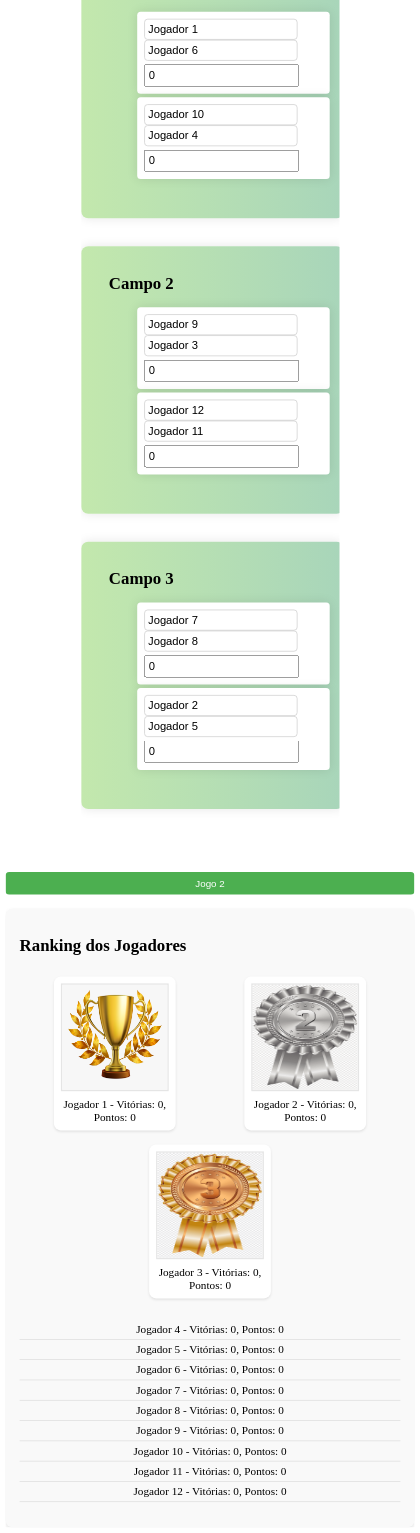
Repository: MarcioMiguel22/PadelMaster
Page: /calculadora, after clicking the first element matching `button.DistributeButton_2b358_distributeButton`
An editor plug-in stored every save of this project. The page is shown before and after the next save, followed by the edit.
The browser window is 600 px wide. The pictures show the part of the page from y = 927 to 3167 px (the page is 3117 px tall before and 3167 px after), at 70% of full size.
The project was rebuilt for these pictures with package versions that can differ from the ones it lists, and the page was loaded fresh each time. Also part of the build but not shown: vite.config.ts, src/pages/Home/Home.tsx, src/pages/Player/playerComponent.module.css, src/pages/Player/playerComponent.tsx, src/index.css.

Above is the page before, as saved 2024-06-17 11:49:20.

### src/main.tsx
///home/marciomiguel/code/MarcioMiguel22/Sites/PadelMaster/src/main.tsx
import { render } from 'react-dom';
import { StrictMode } from 'react';
import App from './App';
import './index.css';

const root = document.getElementById('root')!;
render(
  <StrictMode>
    <App />
  </StrictMode>,
  root
);

### src/App.tsx

///home/marciomiguel/code/MarcioMiguel22/Sites/PadelMaster/src/App.tsx

import { BrowserRouter, Routes, Route } from 'react-router-dom';
import Home from './pages/Home/Home';
import Calculadora from './pages/Calculadora/Calculadora';
import PlayerComponent from './pages/Player/playerComponent';
function App() {
  return (
    <BrowserRouter>
      <Routes>
        <Route path="/" element={<Home />} />
        <Route path="/calculadora" element={<Calculadora />} /> // Wrap Calculadora component with curly braces
        <Route path="/player-component" element={<PlayerComponent />} />
      </Routes>
    </BrowserRouter>
  );
}

export default App

### src/pages/Home/Home.module.css
.padelContainer {
  display: flex;
  flex-direction: column;
  align-items: center;
  justify-content: center;
  text-align: center;
  background-color: white;
  padding: 20px;
  border-radius: 10px;
  box-shadow: 0 0 10px rgba(0, 0, 0, 0.1);
  height: 100vh;
}

h1 {
  color: #333;
  margin-bottom: 20px;
}

.content {
  display: flex;
  flex-direction: column;
  align-items: center;
}

.padelImage {
  max-width: 50%;
  width: 1000px; /* Adjust this if necessary */
  height: auto;
  border-radius: 10px;
  margin-bottom: 20px;
  position: relative; /* Add this */
}



.enterButton {
  background-image: url('../../assets/images/tennis-ball.png'); /* Ensure the path is correct */
  background-size: cover;
  width: 60px;
  height: 60px;
  border: none;
  border-radius: 50%;
  cursor: pointer;
}

.enterButton:hover {
  transform: scale(2.0);
}

### src/pages/Calculadora/Calculadora.css
/* Global Styles */
:root {
  --main-bg-color: #4CAF50;
  --main-hover-color: #45a049;
  --input-padding: 5px;
  --font-size: 16px;
  --box-shadow: 0 0 15px rgba(0, 0, 0, 0.1);
}

.calculadora-container {
  display: flex;
  flex-direction: column;
  align-items: center;
  gap: 20px;
  overflow-x: hidden;
  width: 100%;
  max-width: 100vw;
}

.main-content {
  display: flex;
  flex-direction: column;
  align-items: center;
  gap: 20px;
  width: 100%;
  max-width: 100vw;
}

.jogadores-lista {
  background: linear-gradient(to right, #daefcd, #a8d5ba);
  display: flex;
  flex-wrap: wrap;
  gap: 20px;
  width: 90%;
  max-width: 1100px;
  margin: 0 auto;
  padding: 50px;
  border-radius: 10px;
  box-shadow: var(--box-shadow);
}

.fields-container {
  display: flex;
  flex-direction: column;
  align-items: center;
  margin-top: 20px;
  width: 100%;
  max-width: 100vw;
}

.campos {
  display: flex;
  flex-wrap: wrap;
  justify-content: space-around;
  width: 100%;
  overflow-x: hidden;
}

.jogadores-coluna {
  display: flex;
  flex-direction: column;
  align-items: center;
  gap: 10px;
}

.jogador-item {
  display: flex;
  align-items: center;
  margin-bottom: 10px;
}

.jogador-item label {
  margin-right: 10px;
}

.jogador-input {
  margin-right: 5px;
  padding: var(--input-padding);
  font-size: var(--font-size);
  border: 1px solid #ccc;
  border-radius: 5px;
}

.distribute-button, .scroll-to-top {
  background-color: var(--main-bg-color);
  color: white;
  padding: 10px 20px;
  border: none;
  border-radius: 5px;
  cursor: pointer;
  font-size: var(--font-size);
  margin-top: 10px;
}

.distribute-button:hover, .scroll-to-top:hover {
  background-color: var(--main-hover-color);
}

.jogo {
  margin-bottom: 40px;
}

.field {
  background: linear-gradient(to right, #c3e8ad, #a8d5ba);
  padding: 40px;
  border-radius: 10px;
  box-shadow: var(--box-shadow);
  width: 30%;
  min-width: 280px;
}

.field h2 {
  margin-top: 0;
}

.team {
  list-style-type: none;
  padding: 10px;
  background-color: #fff;
  margin: 5px 0;
  border-radius: 5px;
  box-shadow: var(--box-shadow);
  width: 100%;
}

.team.vencedor {
  background-color: #d4edda;
}

.team.perdedor {
  background-color: #f8d7da;
}

.team div {
  display: flex;
  align-items: center;
  justify-content: space-between;
  width: 100%;
  flex-wrap: wrap;
}

.team input.jogador-input {
  min-width: 100px;
  margin-right: 10px;
}

.team input.resultado-input {
  margin-left: 10px;
  padding: var(--input-padding);
  font-size: var(--font-size);
}

.ranking-container {
  margin-top: 40px;
}

.ranking-container h2 {
  margin-bottom: 10px;
}

.ranking-container ul {
  list-style-type: none;
  padding: 0;
}

.ranking-container li {
  margin: 5px 0;
}

/* Media Queries for Mobile */
@media screen and (max-width: 767px) {
  .jogadores-lista {
    flex-direction: column;
    align-items: center;
    gap: 20px;
    padding: 10px;
  }

  .field {
    width: 80%;
    margin-bottom: 20px;
  }

  .campos {
    flex-direction: column;
    align-items: center;
    gap: 20px;
    margin-bottom: auto;
  }

  .distribute-button, .scroll-to-top {
    width: 100%;
    font-size: 14px;
    padding: 8px 16px;
  }

  .team div {
    flex-direction: column;
    align-items: flex-start;
    width: 100%;
  }

  .team input.resultado-input {
    margin-left: 0;
    margin-top: 5px;
  }

  .ranking-container {
    flex-flow: column;
    margin-top: 40px;
  }

  .ranking-container h2 {
    margin-bottom: 10px;
  }

  .ranking-container ul {
    list-style-type: none;
    padding: 0;
  }

  .ranking-container li {
    margin: 5px 0;
  }
}

### src/components/components_calculadora/JogadoresLista.tsx
import React from 'react';
import JogadorItem from './JogadorItem';
import { Jogador } from '../../utils/types/types'; // Importando o tipo Jogador

interface JogadoresListaProps {
  jogadores: Jogador[];
  handleNomeChange: (id: number, novoNome: string) => void;
}

const JogadoresLista: React.FC<JogadoresListaProps> = ({ jogadores, handleNomeChange }) => (
  <div className="jogadores-lista">
    {Array.from({ length: 3 }, (_, i) => (
      <div className="jogadores-coluna" key={i}>
        {jogadores.slice(i * 4, (i + 1) * 4).map(jogador => (
          <JogadorItem
            key={jogador.id}
            jogador={jogador}
            handleNomeChange={handleNomeChange}
          />
        ))}
      </div>
    ))}
  </div>
);

export default JogadoresLista;

### src/components/components_calculadora/Jogo.tsx
import React from 'react';
import Campo from './Campo';
import { Campo as CampoType } from '../../utils/types/types'; // Importando o tipo Campo corretamente

interface JogoProps {
  jogo: CampoType[]; // Usando o tipo importado para definir a propriedade jogo
  jogoIndex: number;
  handleResultadoChange: (jogoIndex: number, campoId: number, timeIndex: number, novoResultado: number) => void;
  handleNomeEdit: (jogoIndex: number, campoId: number, timeIndex: number, jogadorIndex: number, novoNome: string) => void;
  getTeamClass: (campo: CampoType, timeIndex: number) => string;
}

const Jogo: React.FC<JogoProps> = ({ jogo, jogoIndex, handleResultadoChange, handleNomeEdit, getTeamClass }) => (
  <div className="jogo">
    <h2>Resultados Jogo {jogoIndex + 1}</h2>
    <div className="campos">
      {jogo.map(campo => (
        <Campo
          key={campo.id}
          campo={campo}
          jogoIndex={jogoIndex}
          handleResultadoChange={handleResultadoChange}
          handleNomeEdit={handleNomeEdit}
          getTeamClass={getTeamClass}
        />
      ))}
    </div>
  </div>
);

export default Jogo;

### src/components/components_calculadora/Ranking.tsx
import React from 'react';
import ouro from '../../assets/images/ouro.png';
import prata from '../../assets/images/prata.png';
import bronze from '../../assets/images/bronze.png';
import styles from './Ranking.module.css';

interface Jogador {
  id: number;
  nome: string;
  vitorias: number;
  pontos: number;
}

interface RankingProps {
  jogadoresClassificados: Jogador[];
}

const Ranking: React.FC<RankingProps> = ({ jogadoresClassificados }) => {
  const top3 = jogadoresClassificados.slice(0, 3);
  const outrosJogadores = jogadoresClassificados.slice(3);

  const medalhas = [ouro, prata, bronze];

  return (
    <div className={styles.rankingContainer}>
      <h2>Ranking dos Jogadores</h2>
      <div className={styles.top3Container}>
        {top3.map((jogador, index) => (
          <div key={jogador.id} className={styles.top3Item}>
            <img src={medalhas[index]} alt={`Medalha de ${index + 1}`} className={styles.medalha} />
            {jogador.nome} - Vitórias: {jogador.vitorias}, Pontos: {jogador.pontos}
          </div>
        ))}
      </div>
      <ul className={styles.outrosJogadores}>
        {outrosJogadores.map((jogador) => (
          <li key={jogador.id}>
            {jogador.nome} - Vitórias: {jogador.vitorias}, Pontos: {jogador.pontos}
          </li>
        ))}
      </ul>
    </div>
  );
};

export default Ranking;

### src/components/components_calculadora/logic/gameLogic.ts
import { Jogador, Campo as CampoType } from '../../../utils/types/types';

export const separarDuplas = (jogadores: Jogador[]): Jogador[] => {
  const separados: Jogador[] = [];
  while (jogadores.length) {
    const [jogador1, jogador2] = jogadores.splice(0, 2);
    separados.push(jogador1);
    if (jogador2) separados.push(jogador2);
  }
  return separados;
};

export const iniciarProximoJogo = (jogos: CampoType[][], setJogos: React.Dispatch<React.SetStateAction<CampoType[][]>>) => {
  const ultimoJogo = jogos[jogos.length - 1];
  const novosCampos: CampoType[] = [
    { id: 1, times: [] },
    { id: 2, times: [] },
    { id: 3, times: [] },
  ];

  const campo1 = ultimoJogo.find(campo => campo.id === 1);
  const campo2 = ultimoJogo.find(campo => campo.id === 2);
  const campo3 = ultimoJogo.find(campo => campo.id === 3);

  if (campo1 && campo2 && campo3) {
    const [time1Campo1, time2Campo1] = campo1.times;
    const [time1Campo2, time2Campo2] = campo2.times;
    const [time1Campo3, time2Campo3] = campo3.times;

    // Vencedores e perdedores dos campos
    const vencedoresCampo1 = time1Campo1.resultado > time2Campo1.resultado ? time1Campo1.jogadores : time2Campo1.jogadores;
    const perdedoresCampo1 = time1Campo1.resultado > time2Campo1.resultado ? time2Campo1.jogadores : time1Campo1.jogadores;

    const vencedoresCampo2 = time1Campo2.resultado > time2Campo2.resultado ? time1Campo2.jogadores : time2Campo2.jogadores;
    const perdedoresCampo2 = time1Campo2.resultado > time2Campo2.resultado ? time2Campo2.jogadores : time1Campo2.jogadores;

    const vencedoresCampo3 = time1Campo3.resultado > time2Campo3.resultado ? time1Campo3.jogadores : time2Campo3.jogadores;
    const perdedoresCampo3 = time1Campo3.resultado > time2Campo3.resultado ? time2Campo3.jogadores : time1Campo3.jogadores;

    // Atualizar pontuação dos jogadores
    const margemVitoriaCampo1 = Math.abs(time1Campo1.resultado - time2Campo1.resultado);
    const margemVitoriaCampo2 = Math.abs(time1Campo2.resultado - time2Campo2.resultado);
    const margemVitoriaCampo3 = Math.abs(time1Campo3.resultado - time2Campo3.resultado);

    vencedoresCampo1.forEach(jogador => {
      jogador.vitorias += 1;
      jogador.pontos += margemVitoriaCampo1;
    });

    vencedoresCampo2.forEach(jogador => {
      jogador.vitorias += 1;
      jogador.pontos += margemVitoriaCampo2;
    });

    vencedoresCampo3.forEach(jogador => {
      jogador.vitorias += 1;
      jogador.pontos += margemVitoriaCampo3;
    });

    // Campo 1: vencedores do campo 1 e vencedores do campo 2
    novosCampos[0].times.push(
      { jogadores: [vencedoresCampo1[0], vencedoresCampo2[0]], resultado: 0 },
      { jogadores: [vencedoresCampo1[1], vencedoresCampo2[1]], resultado: 0 }
    );

    // Campo 2: perdedores do campo 1 e vencedores do campo 3
    novosCampos[1].times.push(
      { jogadores: [perdedoresCampo1[0], vencedoresCampo3[0]], resultado: 0 },
      { jogadores: [perdedoresCampo1[1], vencedoresCampo3[1]], resultado: 0 }
    );

    // Campo 3: perdedores do campo 2 e perdedores do campo 3
    novosCampos[2].times.push(
      { jogadores: [perdedoresCampo2[0], perdedoresCampo3[0]], resultado: 0 },
      { jogadores: [perdedoresCampo2[1], perdedoresCampo3[1]], resultado: 0 }
    );
  }

  setJogos([...jogos, novosCampos]);
};

### src/components/components_calculadora/ScrollToTopButton.tsx
import React from 'react';
import tennisBall from '../../assets/images/tennis-ball.png';
import styles from './ScrollToTopButton.module.css'; // Importando o arquivo CSS Module

const ScrollToTopButton: React.FC = () => {
  const scrollToTop = () => {
    window.scrollTo({ top: 0, behavior: 'smooth' });
  };

  return (
    <button onClick={scrollToTop} className={styles.scrollToTop}>
      <img src={tennisBall} alt="Tennis Ball" className={styles.tennisBall} />
      <span className={styles.arrowUp}>↑</span>
    </button>
  );
};

export default ScrollToTopButton;

### src/components/components_calculadora/DistributeButton.tsx
import React from 'react';
import tennisBall from '../../assets/images/tennis-ball.png';
import styles from './DistributeButton.module.css'; // Importando o arquivo CSS Module

const DistributeButton: React.FC<{ onClick: () => void }> = ({ onClick }) => {
  return (
    <div className={styles.container}>
      <button onClick={onClick} className={styles.distributeButton}>
        <img src={tennisBall} alt="Tennis Ball" className={styles.tennisBall} />
        <span className={styles.label}>Distribuir Jogadores</span>
      </button>
    </div>
  );
};

export default DistributeButton;

### src/components/components_calculadora/JogadorItem.tsx
import React from 'react';
import { Jogador } from '../../utils/types/types'; // Importando o tipo Jogador

interface JogadorItemProps {
  jogador: Jogador;
  handleNomeChange: (id: number, novoNome: string) => void;
}

const JogadorItem: React.FC<JogadorItemProps> = ({ jogador, handleNomeChange }) => (
  <div className="jogador-item">
    <label>{`Jogador ${jogador.id}`}</label>
    <input
      type="text"
      value={jogador.nome}
      onChange={(e) => handleNomeChange(jogador.id, e.target.value)}
    />
  </div>
);

export default JogadorItem;

### src/components/components_calculadora/Campo.tsx
import React from 'react';
import { Campo as CampoType, Time, Jogador } from '../../utils/types/types'; // Corrigindo a importação dos tipos

interface CampoProps {
  campo: CampoType;
  jogoIndex: number;
  handleResultadoChange: (jogoIndex: number, campoId: number, timeIndex: number, novoResultado: number) => void;
  handleNomeEdit: (jogoIndex: number, campoId: number, timeIndex: number, jogadorIndex: number, novoNome: string) => void;
  getTeamClass: (campo: CampoType, timeIndex: number) => string;
}

const Campo: React.FC<CampoProps> = ({ campo, jogoIndex, handleResultadoChange, handleNomeEdit, getTeamClass }) => (
  <div className="field">
    <h2>Campo {campo.id}</h2>
    <ul>
      {campo.times.map((time: Time, idx: number) => (
        <li key={idx} className={getTeamClass(campo, idx)}>
          <div>
            {time.jogadores.map((jogador: Jogador, jogadorIndex: number) => (
              <span key={jogador.id}>
                <input
                  type="text"
                  value={jogador.nome}
                  onChange={(e) => handleNomeEdit(jogoIndex, campo.id, idx, jogadorIndex, e.target.value)}
                  className="jogador-input"
                />
                {jogadorIndex === 0 ? '  ' : ''}
              </span>
            ))}
            <input
              type="number"
              value={time.resultado}
              onChange={(e) => handleResultadoChange(jogoIndex, campo.id, idx, parseInt(e.target.value))}
              className="resultado-input"
            />
          </div>
        </li>
      ))}
    </ul>
  </div>
);

export default Campo;

### src/components/components_calculadora/Ranking.module.css
.rankingContainer {
  padding: 20px;
  background-color: #f9f9f9;
  border-radius: 10px;
  box-shadow: 0 4px 8px rgba(0, 0, 0, 0.1);
}

.top3Container {
  display: flex;
  justify-content: space-around;
  margin-bottom: 20px;
  flex-wrap: wrap; /* Ensure items wrap in smaller screens */
}

.top3Item {
  display: flex;
  flex-direction: column;
  align-items: center;
  padding: 10px;
  background-color: #ffffff;
  border-radius: 10px;
  box-shadow: 0 2px 4px rgba(0, 0, 0, 0.1);
  text-align: center;
  margin: 10px; /* Added margin to ensure spacing between items */
  flex-basis: calc(33.33% - 20px); /* Ensure items take equal width, minus margins */
  box-sizing: border-box; /* Ensure padding is included in the element's width */
}

.medalha {
  width: 150px;
  height: 150px;
  margin-bottom: 10px;
  transition: transform 0.3s ease-in-out;
  object-fit: initial;
  background-color: transparent; /* Certifique-se de que o fundo é transparente */
  border: 2px solid rgba(0, 0, 0, 0.1); /* Adicione uma borda leve para verificar a transparência */
}


.medalha:hover {
  transform: scale(8);
  animation: pulse 1s infinite;
}

@keyframes pulse {
  0% {
    transform: scale(1.2);
  }
  50% {
    transform: scale(1.25);
  }
  100% {
    transform: scale(1.2);
  }
}

.outrosJogadores {
  list-style-type: none;
  padding: 0;
}

.outrosJogadores li {
  padding: 5px 0;
  border-bottom: 1px solid #ddd;
  text-align: center;
}

/* Media Queries for Smaller Screens */
@media screen and (max-width: 767px) {
  .top3Item {
    flex-basis: 25%; /* Two items per row on smaller screens */
  }
}

@media screen and (max-width: 479px) {
  .top3Item {
    flex-basis: 25%; /* One item per row on the smallest screens */
  }
}

### src/components/components_calculadora/ScrollToTopButton.module.css
.scrollToTop {
  position: fixed;
  bottom: 20px;
  left: 97%;
  transform: translateX(-50%);
  width: 70px;
  height: 70px;
  border: none;
  background: none;
  cursor: pointer;
  display: flex;
  align-items: center;
  justify-content: center;
}

.tennisBall {
  width: 100%;
  height: 100%;
  position: absolute;
  border-radius: 50%; /* Para garantir que o fundo se ajuste à forma da bola */
}

.arrowUp {
  position: absolute;
  font-size: 35px;
  color: rgb(5, 5, 5);
  font-weight: bold;
  z-index: 1;
}
@media (max-width: 768px) {
  .scrollToTop {
    display: none;
  }
}

### src/components/components_calculadora/DistributeButton.module.css
.container {
  width: 500px;
  height: 100px;
  background: linear-gradient(to right, #daefcd, #a8d5ba);
  padding: 1px;
  border-radius: 15px;
  display: flex;
  justify-content: center;
  align-items: center;
  margin-top: 20px;
}

.distributeButton {
  position: relative; /* Ajuste a posição conforme necessário */
  width: auto;
  height: 70px;
  border: none;
  background: none;
  cursor: pointer;
  display: flex;
  align-items: center;
  justify-content: center;
  flex-direction: row; /* Altera para linha */
}

.tennisBall {
  width: 70px;
  height: 70px;
  background: linear-gradient(to right, #daefcd, #a8d5ba); /* Adiciona fundo à imagem */
  border-radius: 50%; /* Para garantir que o fundo se ajuste à forma da bola */
  padding: 10px; /* Ajuste o padding conforme necessário */
}

.label {
  font-size: 16px;
  color: rgb(5, 5, 5);
  font-weight: bold;
  margin-left: 10px; /* Espaço entre a bola e o texto */
}

Loaded but not shown: index.html (common file); src/pages/Calculadora/Calculadora.tsx (143 lines, source omitted)

After the next save:
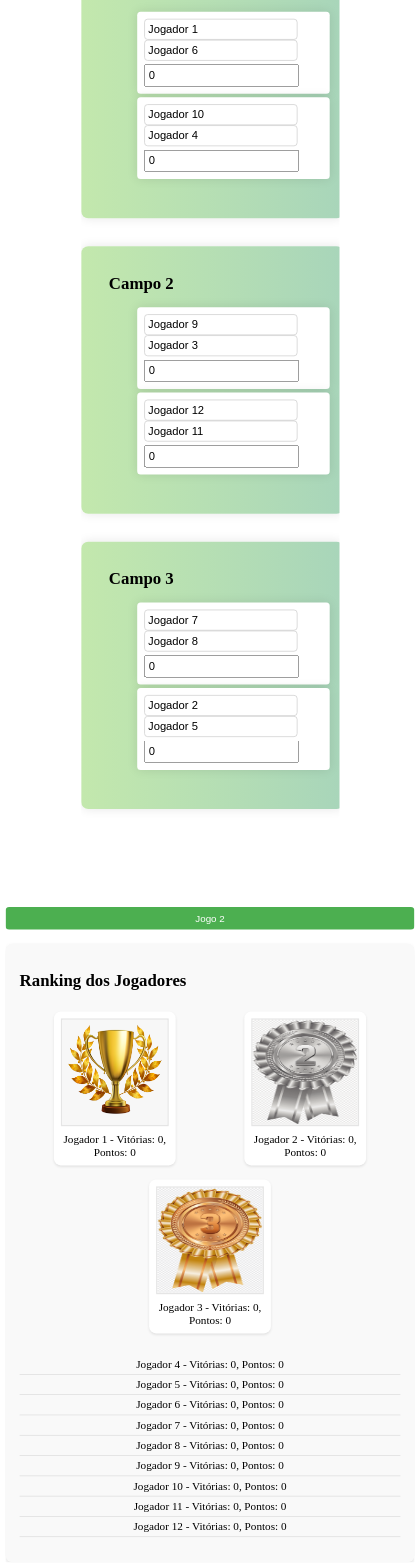
Saved 16 s later.
--- a/src/pages/Calculadora/Calculadora.css
+++ b/src/pages/Calculadora/Calculadora.css
@@ -185,7 +185,7 @@
     flex-direction: column;
     align-items: center;
     gap: 20px;
-    margin-bottom: auto;
+    margin-bottom: 50px;
   }
 
   .distribute-button, .scroll-to-top {

After the save that followed:
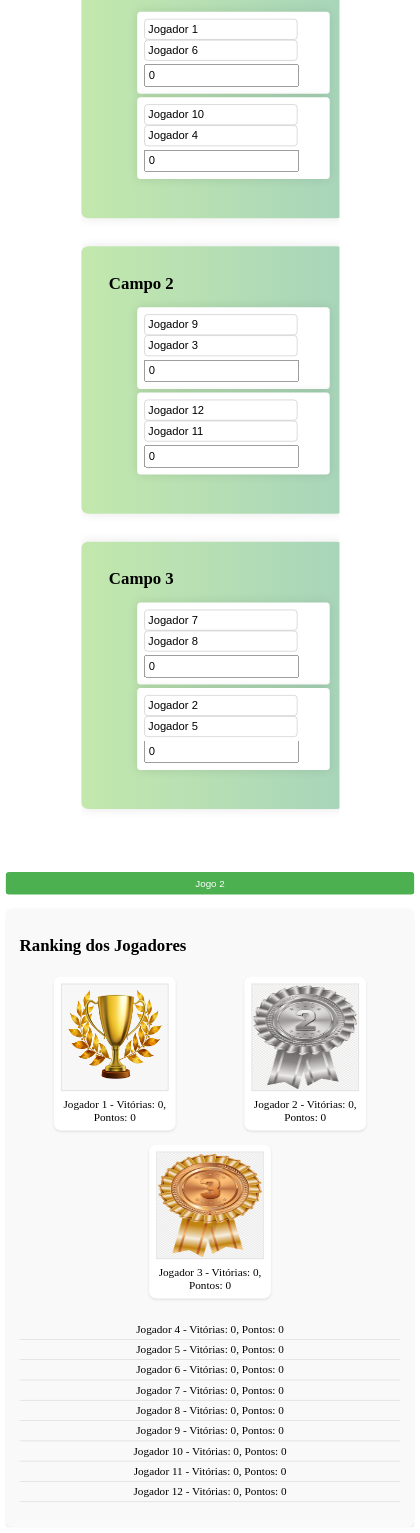
Saved 14 s later.
--- a/src/pages/Calculadora/Calculadora.css
+++ b/src/pages/Calculadora/Calculadora.css
@@ -185,7 +185,7 @@
     flex-direction: column;
     align-items: center;
     gap: 20px;
-    margin-bottom: 50px;
+
   }
 
   .distribute-button, .scroll-to-top {
